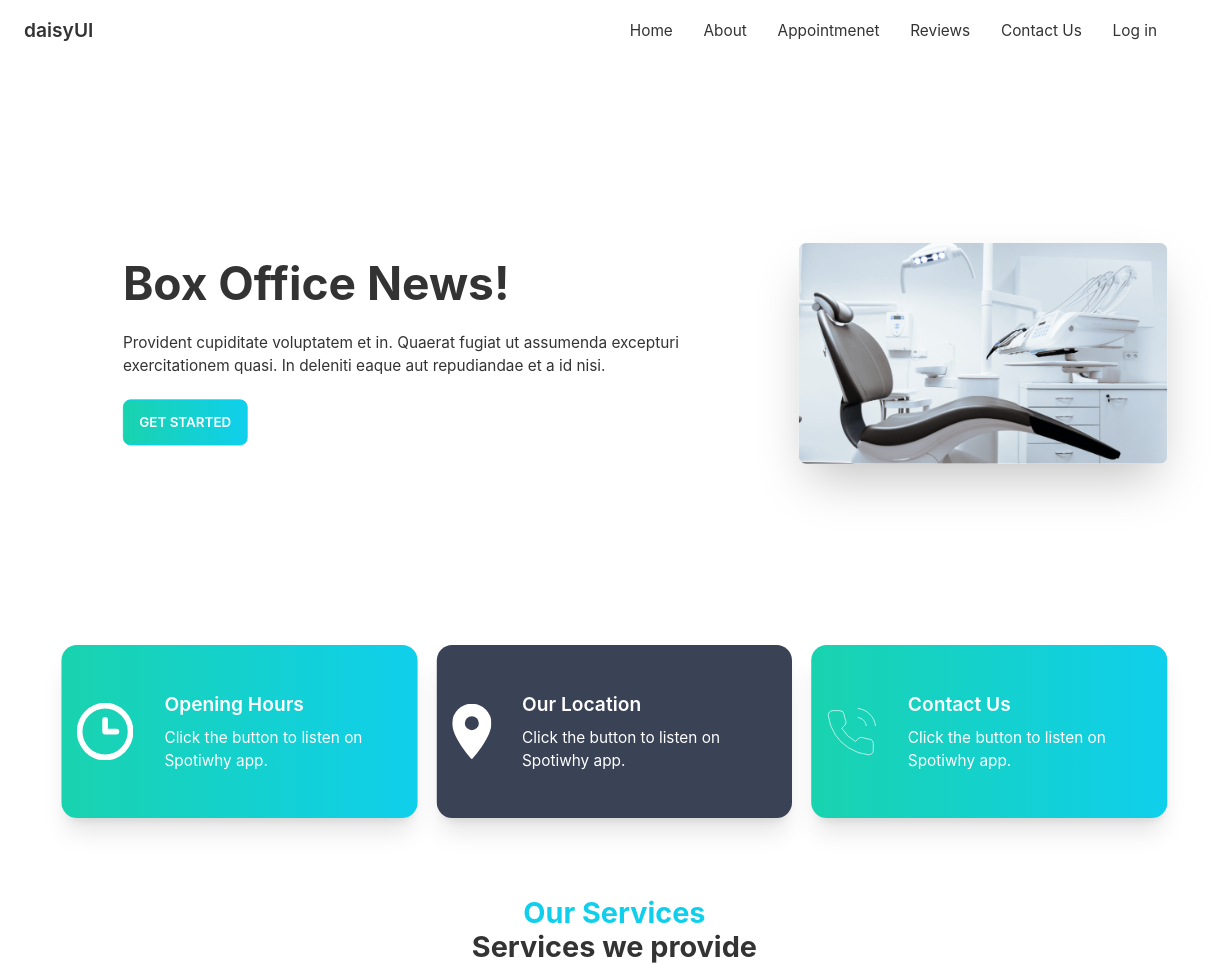
Repository: Tanvir3744/Doctors-client-website
Page: /
The author's editor kept a copy of each file at every save. The page is drawn from the files as they stood at one save, then again after the next save.
The browser window is 1280 px wide. The pictures show the whole page, at 96% of full size.
The project was rebuilt for these pictures with package versions that can differ from the ones it lists, and the page was loaded fresh each time. Also part of the build but not shown: src/Pages/About/About.js, src/Pages/Login/Login.js, src/Pages/NotFound/NotFound.js.

Above is the page before, as saved 2022-05-25 19:51:57.

### src/App.js
import { Routes, Route } from 'react-router-dom'
import About from './Pages/About/About';
import Home from './Pages/Home/Home';
import Login from './Pages/Login/Login';
import NotFound from './Pages/NotFound/NotFound';
import Navbar from './Pages/Shared/Navbar';
function App() {
  return (
    <div className="App">
      <Navbar></Navbar>
      <Routes>
        <Route path='/' element={<Home />}></Route>
        <Route path='/home' element={<Home />}></Route>
        <Route path='/about' element={<About />}></Route>
        <Route path='/login' element={<Login />}></Route>
        <Route path='*' element={<NotFound />}></Route>
      </Routes>
    </div>
  );
}

export default App;

### src/Pages/Home/Home.js
import React from 'react';
import InfoCards from '../../components/InfoCards';
import Banner from './Banner/Banner';
import Services from './Services';

const Home = () => {
    return (
        <div>
            <Banner />
            <InfoCards />
            <Services />
        </div>
    );
};

export default Home;

### src/Pages/Shared/Navbar.js
import React from 'react';
import { Link } from 'react-router-dom';

const Navbar = () => {
    //menu items stored here
    const menuItems = <>
        <li><Link to="/">Home</Link></li>
        <li><Link to="/about">About</Link></li>
        <li><Link to="/appointment">Appointmenet</Link></li>
        <li><Link to="/reviews">Reviews</Link></li>
        <li><Link to="/contact">Contact Us</Link></li>
        <li><Link to="/login">Log in </Link></li>
    </>
    return (
        <div>
            <div class="navbar bg-base-100">
                <div class="navbar-start">
                    <div class="dropdown">
                        <label tabindex="0" class="btn btn-ghost lg:hidden">
                            <svg xmlns="http://www.w3.org/2000/svg" class="h-5 w-5" fill="none" viewBox="0 0 24 24" stroke="currentColor"><path stroke-linecap="round" stroke-linejoin="round" stroke-width="2" d="M4 6h16M4 12h8m-8 6h16" /></svg>
                        </label>
                        <ul tabindex="0" class="menu menu-compact dropdown-content mt-3 p-2 shadow bg-base-100 rounded-box w-52">
                           {menuItems}
                        </ul>
                    </div>
                    <Link to='/' class="btn btn-ghost normal-case text-xl">daisyUI</Link>
                </div>
                <div class="navbar-center hidden lg:flex">
                    <ul class="menu menu-horizontal p-0">
                        {menuItems}
                    </ul>
                </div>
            </div>
        </div>
    );
};

export default Navbar;

### src/components/InfoCards.js
import React from 'react';
import ChildInfoCards from './ChildInfoCards';
import Clock from './../assets/icons/clock.svg'
import Marker from './../assets/icons/marker.svg'
import Phone from './../assets/icons/phone.svg'
const InfoCards = () => {

    return (
        <div className='grid px-16 grid-cols-1 lg:grid-cols-3 gap-5 -mt-28'>
            <ChildInfoCards bgClass='bg-gradient-to-r from-secondary to-primary' cardTitle='Opening Hours' img={Clock} />
            <ChildInfoCards bgClass='bg-warning' cardTitle='Our Location' img={Marker} />
            <ChildInfoCards bgClass='bg-gradient-to-r from-secondary to-primary' cardTitle='Contact Us' img={Phone} />
        </div>
    );
};

export default InfoCards;

### src/Pages/Home/Banner/Banner.js
import React from 'react';
import chair from '../../../assets/images/chair.png'
const Banner = () => {
    return (
        <div className='px-12'>
            <div class="hero min-h-screen conatiner mx-auto">
                <div class="hero-content flex-col lg:flex-row-reverse -mt-28">
                    <img src={chair} class="max-w-sm rounded-lg shadow-2xl " />
                    <div className='px-16'>
                        <h1 class="text-5xl font-bold">Box Office News!</h1>
                        <p class="py-6">Provident cupiditate voluptatem et in. Quaerat fugiat ut assumenda excepturi exercitationem quasi. In deleniti eaque aut repudiandae et a id nisi.</p>
                        <button class="btn btn-primary text-white rounded-lg bg-gradient-to-r from-secondary to-primary">Get Started</button>
                    </div>
                </div>
            </div>
        </div>
    );
};

export default Banner;

### src/Pages/Home/Services.js
import React from 'react';

const Services = () => {
    return (
        <div>
            <div className='font-bold text-3xl text-center mt-20'>
                <h3 className='text-primary'>Our Services</h3>
                <h2>Services we provide</h2>
            </div>
        </div>
    );
};

export default Services;

### src/components/ChildInfoCards.js
import React from 'react';

const ChildInfoCards = (props) => {
    const {img, cardTitle, bgClass} = props;
    return (
        <div className='container'>
            <div className={`card lg:card-side shadow-xl p-4 pl-4  ${bgClass}`}>
                <figure><img src={img} alt="Info cards" /></figure>
                <div class="card-body text-white">
                    <h2 class="card-title">{cardTitle}</h2>
                    <p>Click the button to listen on Spotiwhy app.</p>
                </div>
            </div>
        </div>
    );
};

export default ChildInfoCards;

### tailwind.config.js
module.exports = {
  content: ["./src/**/*.{html,js}"],
  theme: {
    extend: {},
  },
  daisyui: {
    themes: [
      {

        mytheme: {
          primary: "#0FCFEC",
          secondary: "#19D3AE",
          neutral: "#3d4451",
          warning : "#3A4256",
          accent: "#37cdbe",
          "base-100": "#ffffff",
        },
      },
      "cupcake",
    ],
  },
  plugins: [require("daisyui")],
}

Loaded but not shown: public/index.html (common file); src/index.js (common file); src/index.css (common file); src/reportWebVitals.js (common file)

After the next save:
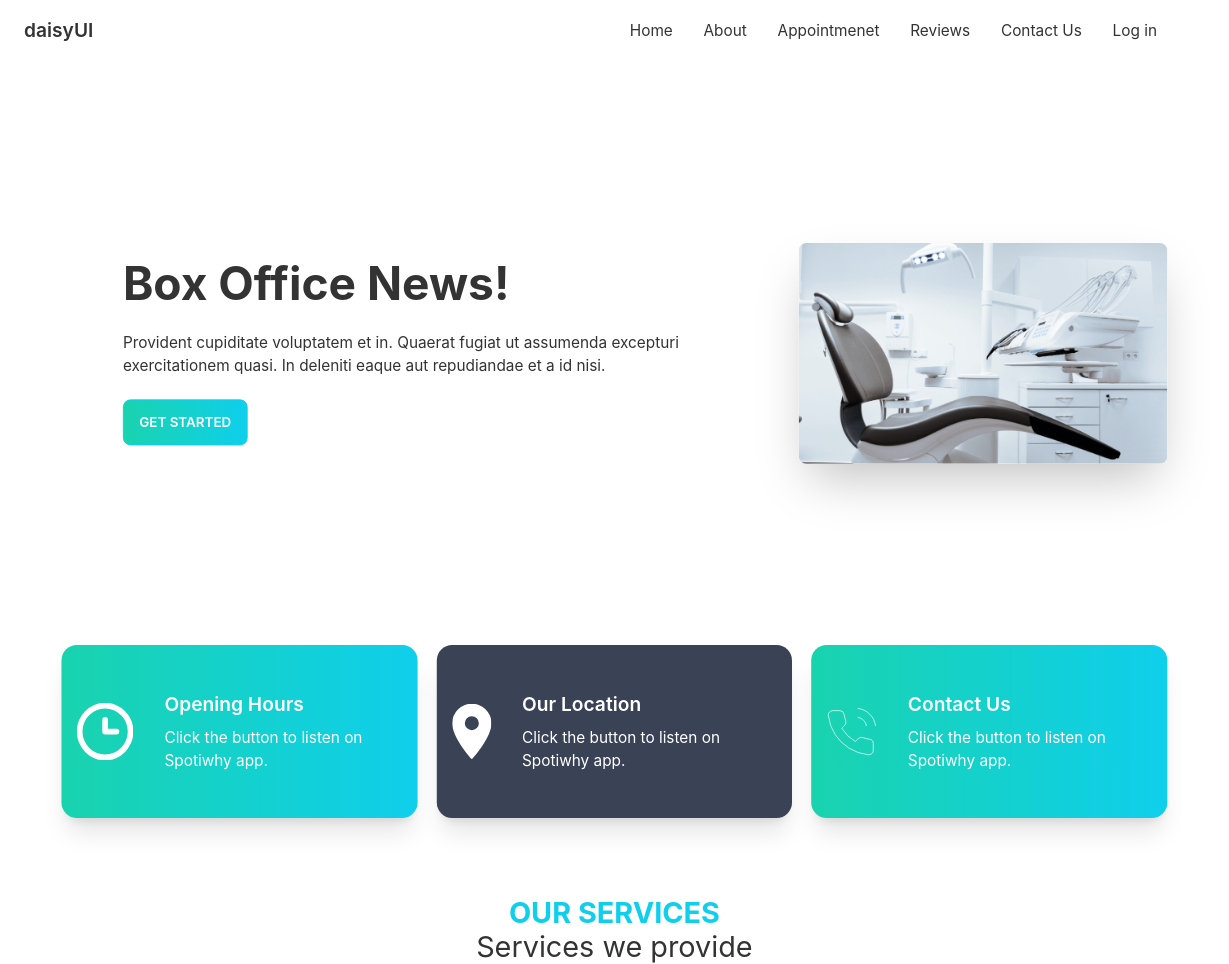
Saved 37 s later.
--- a/src/Pages/Home/Services.js
+++ b/src/Pages/Home/Services.js
@@ -3,8 +3,8 @@ import React from 'react';
 const Services = () => {
     return (
         <div>
-            <div className='font-bold text-3xl text-center mt-20'>
-                <h3 className='text-primary'>Our Services</h3>
+            <div className='text-3xl text-center mt-20'>
+                <h3 className='text-primary uppercase font-bold'>Our Services</h3>
                 <h2>Services we provide</h2>
             </div>
         </div>
